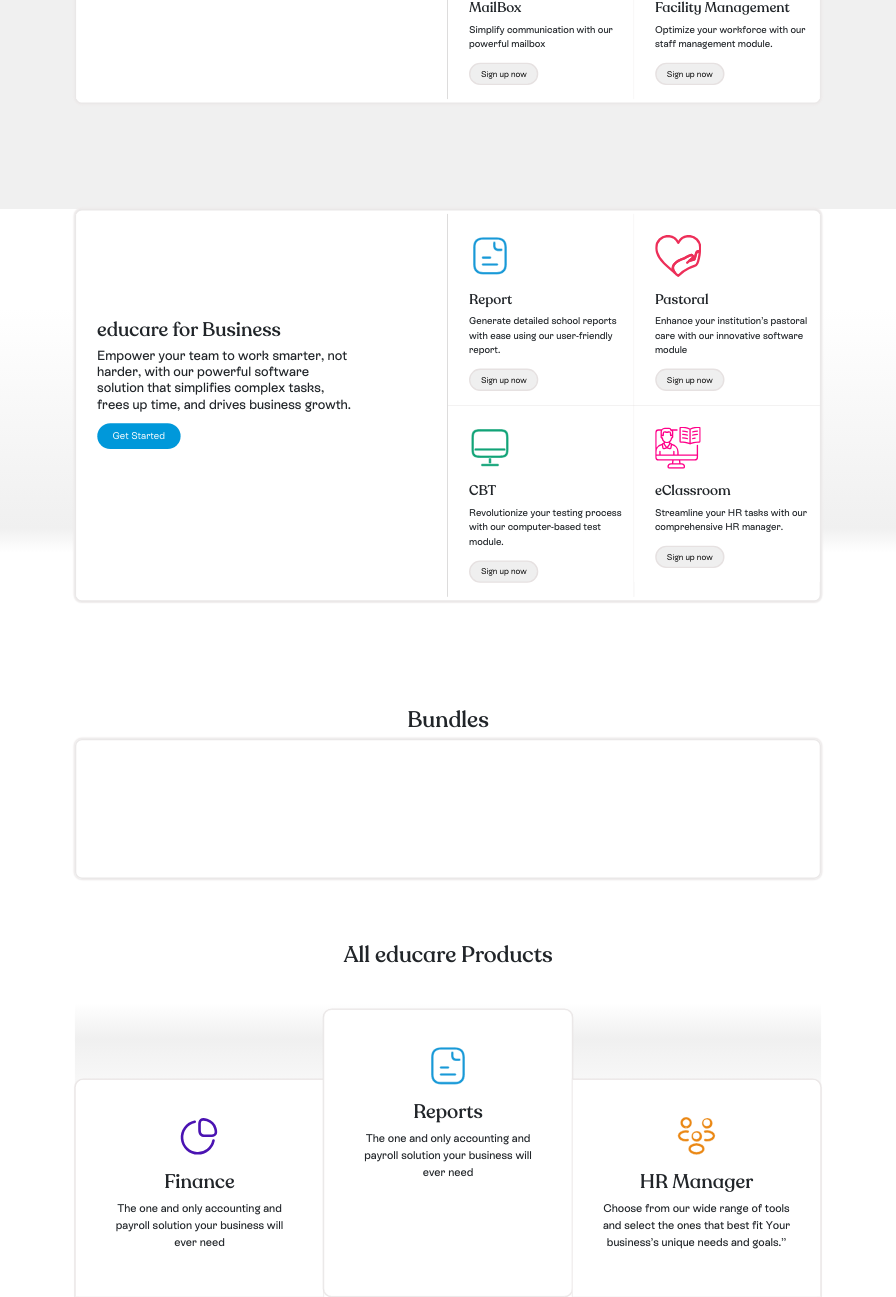
Repository: sarahnnanyelugo/educare-web
Page: /
The author's editor kept a copy of each file at every save. The page is drawn from the files as they stood at one save, then again after the next save.
The browser window is 1280 px wide. The pictures show the part of the page from y = 1591 to 3511 px (the page is 3444 px tall before and 3511 px after), at 70% of full size.
The project was rebuilt for these pictures with package versions that can differ from the ones it lists, and the page was loaded fresh each time.

Above is the page before, as saved 2023-04-05 10:52:35.

After the next save:
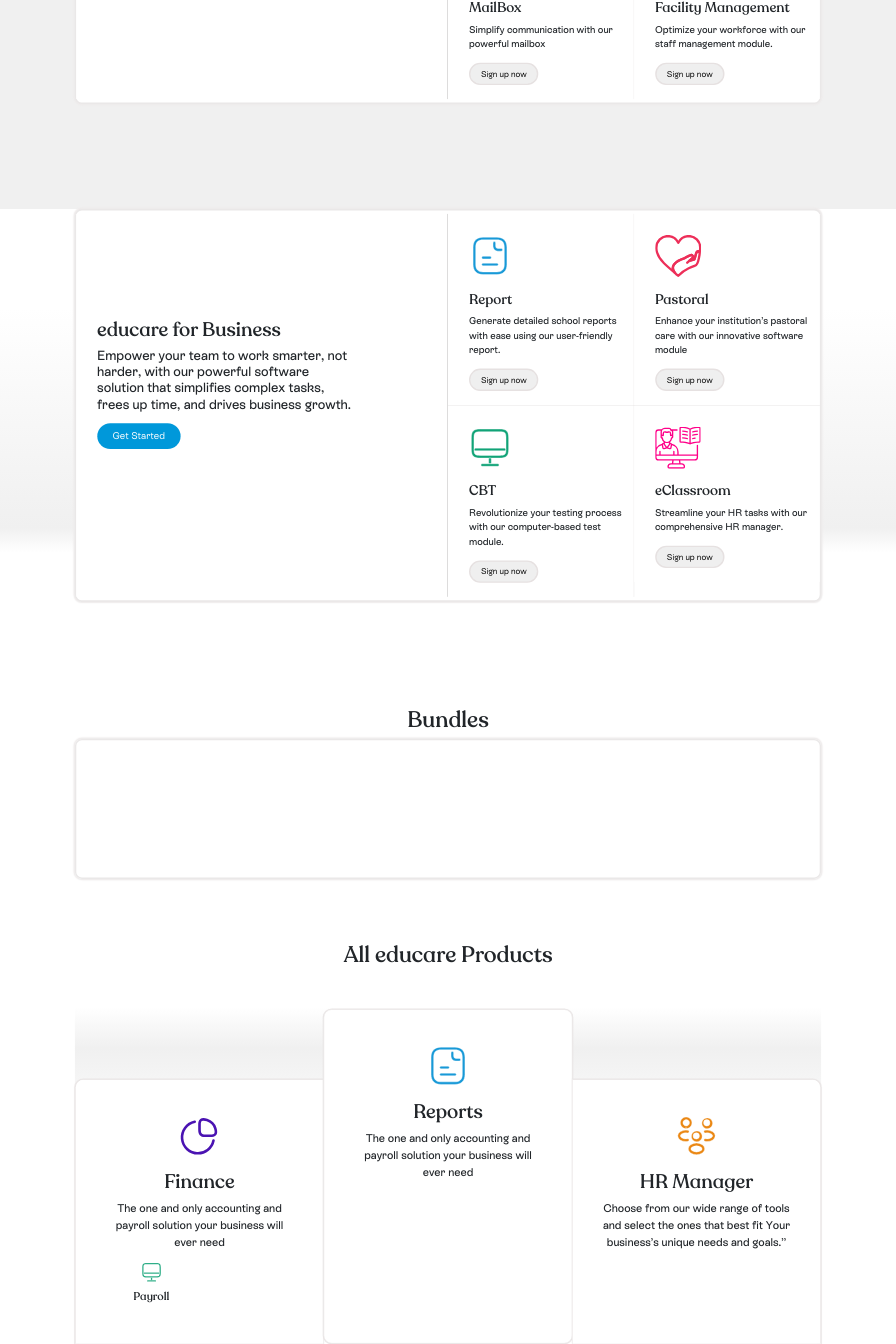
Saved 65 s later.
--- a/src/pages/Home/Home.tsx
+++ b/src/pages/Home/Home.tsx
@@ -14,6 +14,7 @@
 import Classroom from "../../assets/images/read-book.svg";
 import Features from "./Features/Features";
 import EducareProducts from "./EducareProducts/EducareProducts";
+import OtherEducareProducts from "./OtherEducareProducts/OtherEducareProducts";
 
 export const Home = () => {
   return (
@@ -192,6 +193,12 @@
               productIcon={HalfCircle}
             />
             <div className="col-md-12 flexy flexyM">
+              <div className="col-md-6 col-6">
+                <OtherEducareProducts
+                  productIcon={Screen}
+                  productName="Payroll"
+                />
+              </div>
               <div className="col-md-6 col-6"></div>
             </div>
           </div>{" "}
